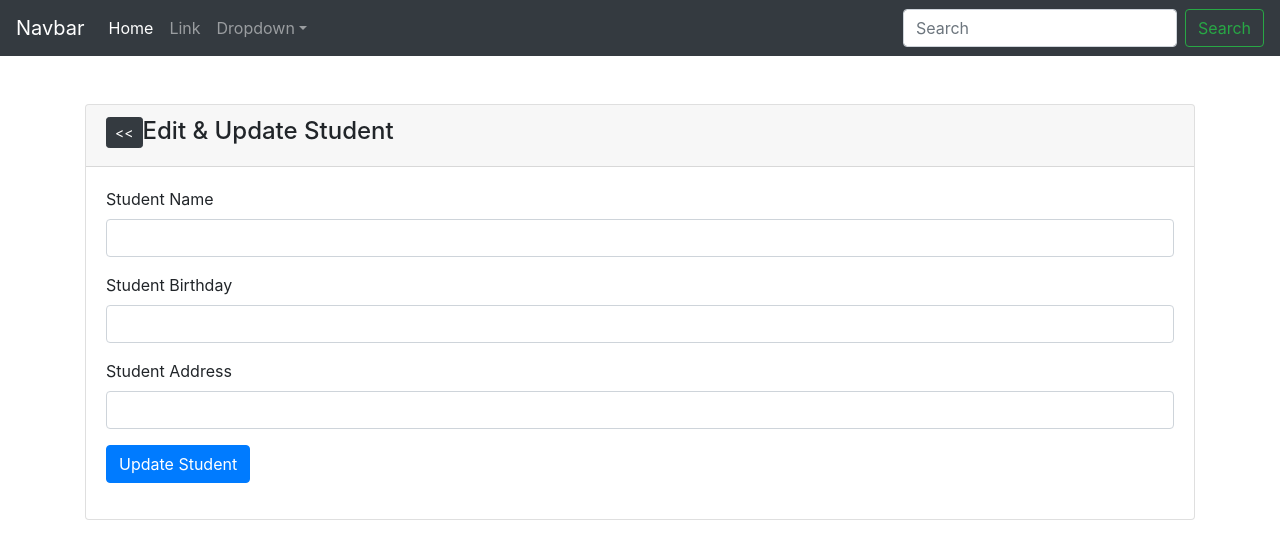
Repository: HungRau/TLU3675-php-laravel
Page: resources/views/student_edit.blade.php
The author's editor kept a copy of each file at every save. The page is drawn from the files as they stood at one save, then again after the next save.
The browser window is 1280 px wide. The pictures show the whole page.
The page is served by the project's Laravel application, run on PHP 8.4 with Laravel 9. The template is opened directly, without the code that normally fills it, so the values that code supplies are empty.

Above is the page before, as saved 2022-10-15 19:04:57.

After the next save:
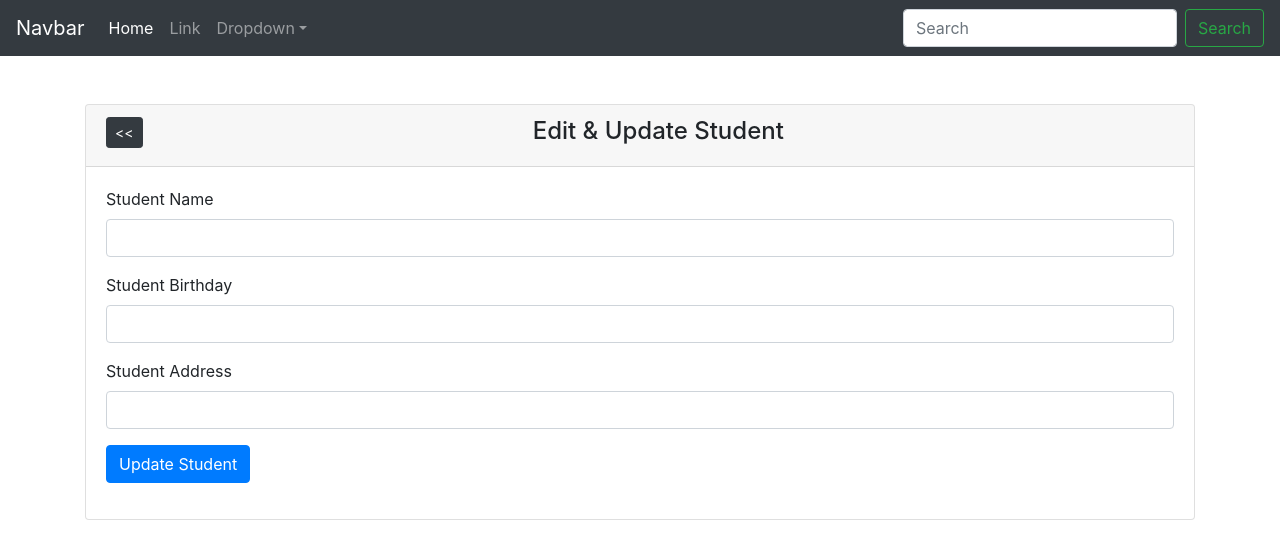
Saved 7 s later.
--- a/resources/views/student_edit.blade.php
+++ b/resources/views/student_edit.blade.php
@@ -49,7 +49,7 @@
                         </div>
                     @endif
                       <a href="{{ url('student-manage') }}" class="btn btn-dark btn-sm float-left"><<</a>
-                      <h4 class="text-left fw-bold">Edit & Update Student</h4>
+                      <h4 class="text-center fw-bold">Edit & Update Student</h4>
                   </div>
                   <div class="card-body">
                       <form action="{{ url('student-update/'.$students->id) }}" method="POST">
